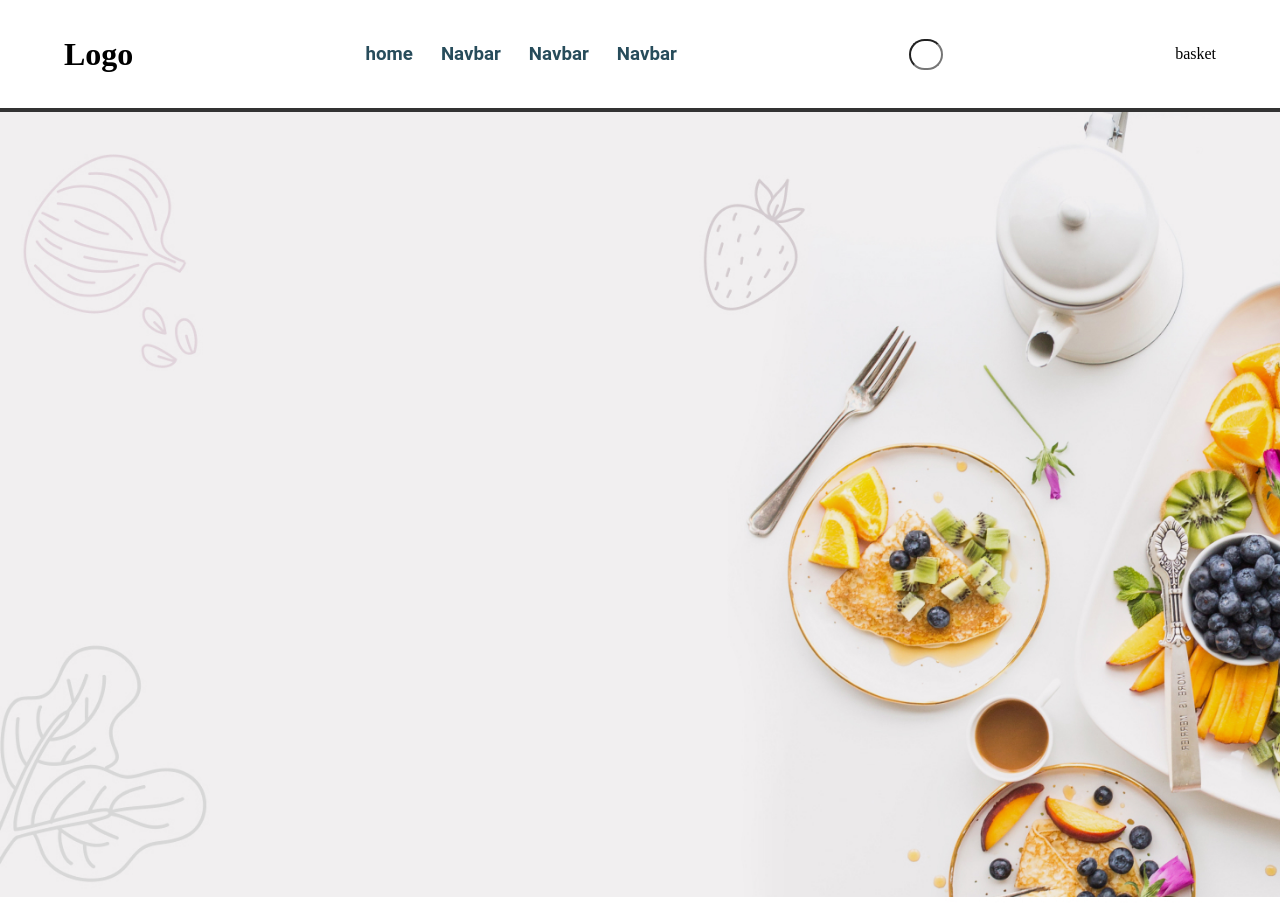
Repository: Islam432/Islam-and-Arsi---team
Page: /
An editor plug-in stored every save of this project. The page is shown before and after the next save, followed by the edit.
The browser window is 1280 px wide. The pictures show the whole page.
The project was rebuilt for these pictures with package versions that can differ from the ones it lists, and the page was loaded fresh each time. Also part of the build but not shown: vite.config.js, src/App.css, src/components/Comp/Comp.jsx.

Above is the page before, as saved 2023-03-12 00:04:29.

### src/main.jsx
import React from "react";
import ReactDOM from "react-dom/client";
import App from "./App";
import "./index.css";
import { BrowserRouter } from "react-router-dom";


ReactDOM.createRoot(document.getElementById("root")).render(
  <React.StrictMode>

      <BrowserRouter>
        <App />
      </BrowserRouter>

  </React.StrictMode>
);

### src/App.jsx
import { useState } from "react";
import reactLogo from "./assets/react.svg";
import "./App.css";
import { Route, Routes } from "react-router-dom";
import { Layout } from "./components/Layout";
import { Home } from "./components/Home/Home";
import { Comp } from "./components/Comp/Comp";

function App() {
  return (

    <Layout>  <Routes>
    <Route path="/" element = {<Home/>}/>
    <Route path="/comp" element= {<Comp/>} />
  </Routes></Layout>

  );
}

export default App;

### src/components/Layout/index.jsx
import React from 'react'
import { Navbar } from '../Navbar/Navbar'

export const Layout = ({children}) => {
  return (
  <>
 <Navbar/>
  <main>{children}</main>
  </>
  )
}

### src/components/Home/Home.jsx
import React from 'react'
import styles from './Home.module.css'


export const Home = () => {
  return (
    <div className={styles.cont}>
      <div className={styles.blok1}></div>
    </div>
  )
}

### src/components/Navbar/Navbar.jsx
import React from "react";
import { NavLink } from "react-router-dom";
import styles from "./Navbar.module.css";

export const Navbar = () => {
  return (
    <div className={styles.cont}>
      <form className={styles.allnav}>
       <div className={styles.logo}> <div className={styles.logoimg}></div> <h1>Logo</h1></div>

        <div className={styles.navbar}>
          <NavLink to={'/'} className={styles.NavLink}>
            <h3>home</h3>
          </NavLink>
          <NavLink to={'/comp'} className={styles.NavLink}>
            <h3>Navbar</h3>
          </NavLink>
          <NavLink className={styles.NavLink}>
            <h3>Navbar</h3>
          </NavLink>
          <NavLink className={styles.NavLink}>
            <h3>Navbar</h3>
          </NavLink>

        </div>

        <div className={styles.inputblok}>
          <input type="text" placeholder="serch" />
        </div>

        <div>basket</div>
      </form>
    </div>
  );
};

### src/components/Home/Home.module.css
.cont{
    margin: 0;



}
.blok1{
    background-image: url('./Banner.jpg');
  width: 100%;
 object-fit: cover;
min-height: 110vh;

    background-size: cover;
}

### src/components/Navbar/Navbar.module.css
.cont {
    margin: 0;
  display: flex;
  align-items: center;
  justify-content: center;
  height: 15vh;
  background: #ffffff;
border-bottom: 4px solid #333;
}
.logo{
  display: flex;
  align-items: center;
}
.logoimg{
width: ;
background-image: url('./logologo.png');
background-size: cover;
}

.allnav {
  display: flex;
  align-items: center;
  justify-content: space-between;
  width: 90%;
  height: 10vh;

}
.navbar {
  display: flex;
  justify-content: space-around;
  align-items: center;
  gap: 28px;

  font-family: Roboto;
  font-style: Bold;
  font-size: 16px;
  color: #274C5B;

}
.NavLink{
    text-decoration: none;
    color: #274C5B;
}
input{
  font-size: 15px;
  outline: none;
  padding: 5px;
  transition: all 0.5s ease-in, box-shadow 0.6s ease-in;
 width: 20px;
 cursor: pointer;

 border-radius: 100px;
}
input::placeholder{
  opacity: 0;
  color: #0f2a5f;
  transition: 1.1s linear;
}

input:hover{
  transition: all 0.2s ease-in ;
  box-shadow: 0px 0px 5px blue;
}
input:focus::placeholder{
  opacity: 1;
  transition: 1.2s linear;

}
input:focus,

input:not(:placeholder-shown){
  padding: 10px 20px;
  border-radius: 1000px;

  width: 150px;
  transition:  all 0.8s ease-out;
  box-shadow: 0px 0px 20px rgb(151, 248, 255);
}

Loaded but not shown: index.html (common file); src/index.css (common file)

After the next save:
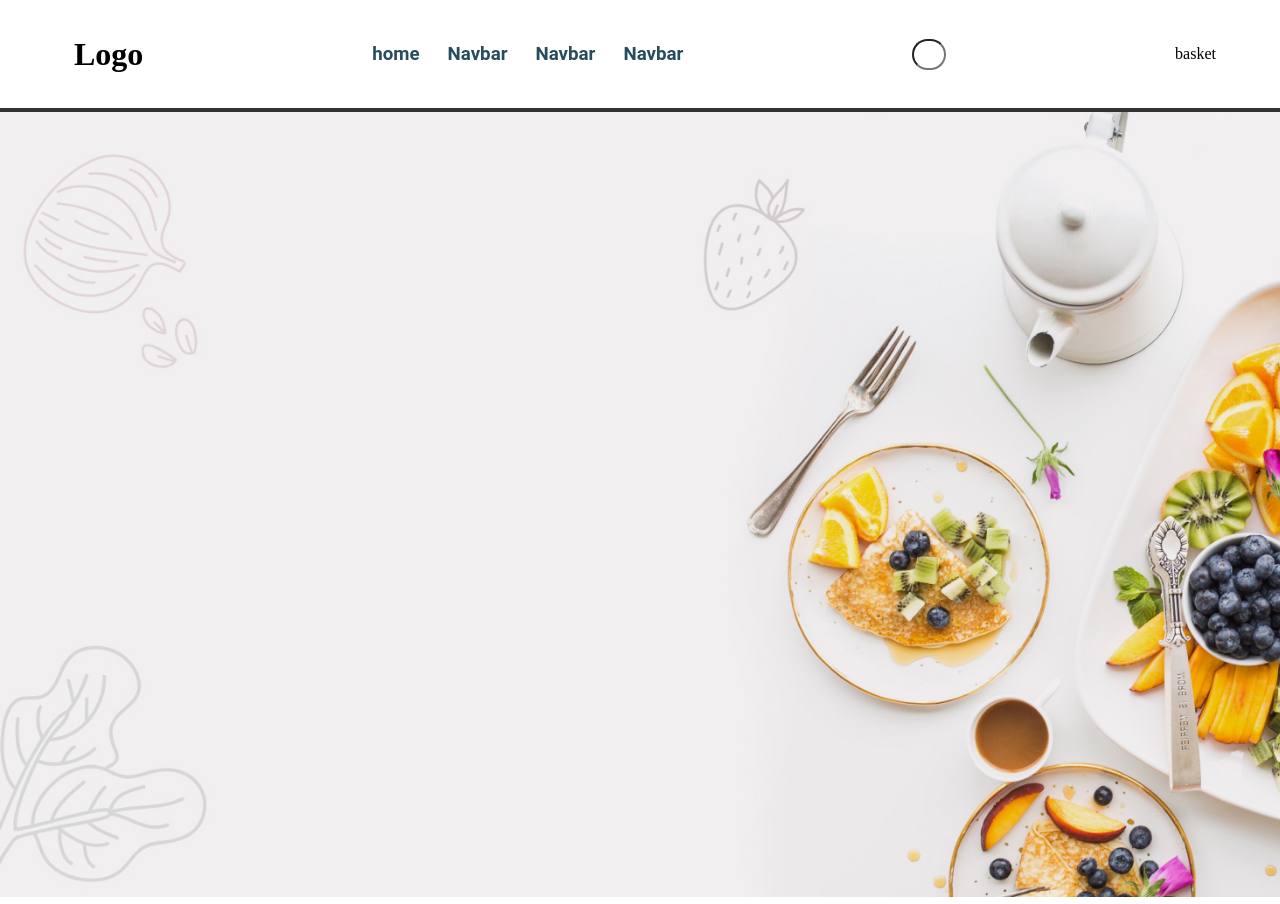
Saved 4 s later.
--- a/src/components/Navbar/Navbar.module.css
+++ b/src/components/Navbar/Navbar.module.css
@@ -12,7 +12,7 @@ border-bottom: 4px solid #333;
   align-items: center;
 }
 .logoimg{
-width: ;
+width: 10px;
 background-image: url('./logologo.png');
 background-size: cover;
 }
